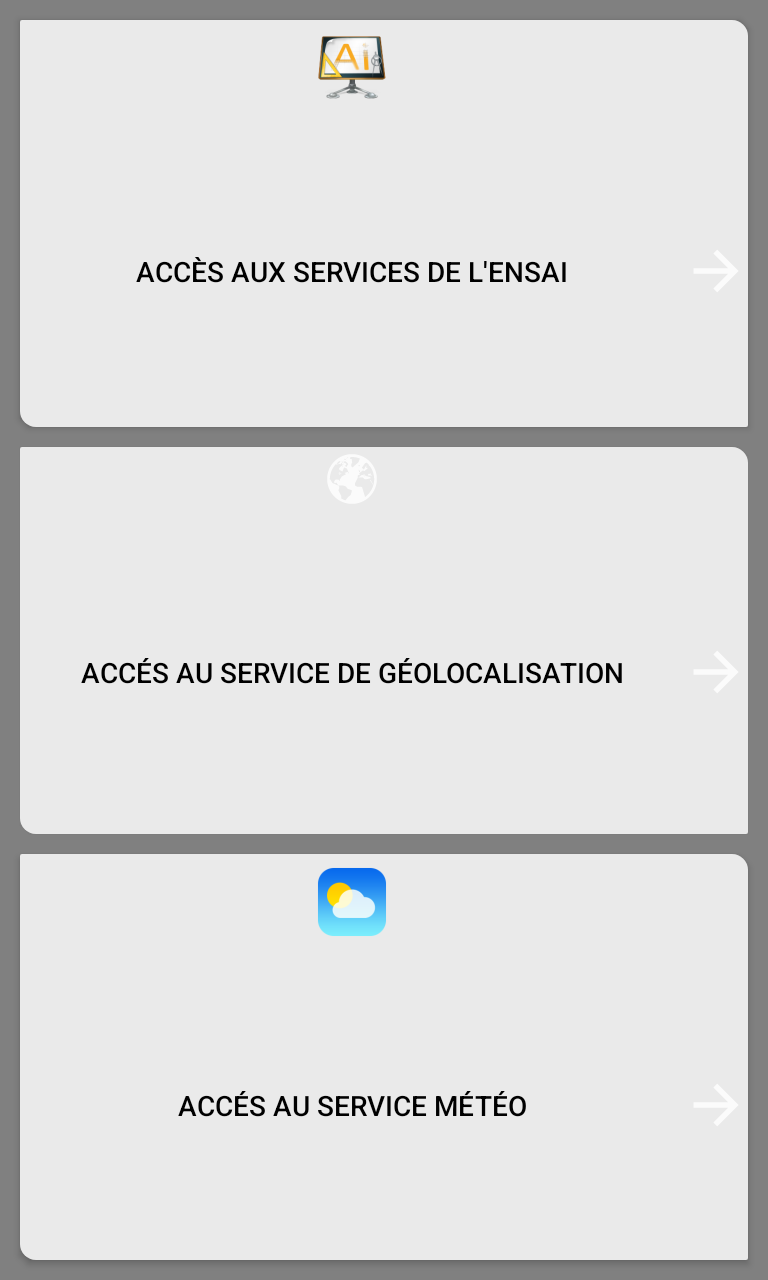
Repository: cpluuuusplus/WhoWantsKitKat
Layout: AppliPlus/res/layout/activity_menu_principal.xml
An editor plug-in stored every save of this project. The layout is shown before and after a run of saves, followed by the edit.
It is drawn on a 768 x 1280 px phone screen (xhdpi) without system bars, with theme Theme.AppCompat.Light; the app's code is not run.

Above is the layout before, as saved 2014-05-12 15:43:04.

After the next 2 saves:
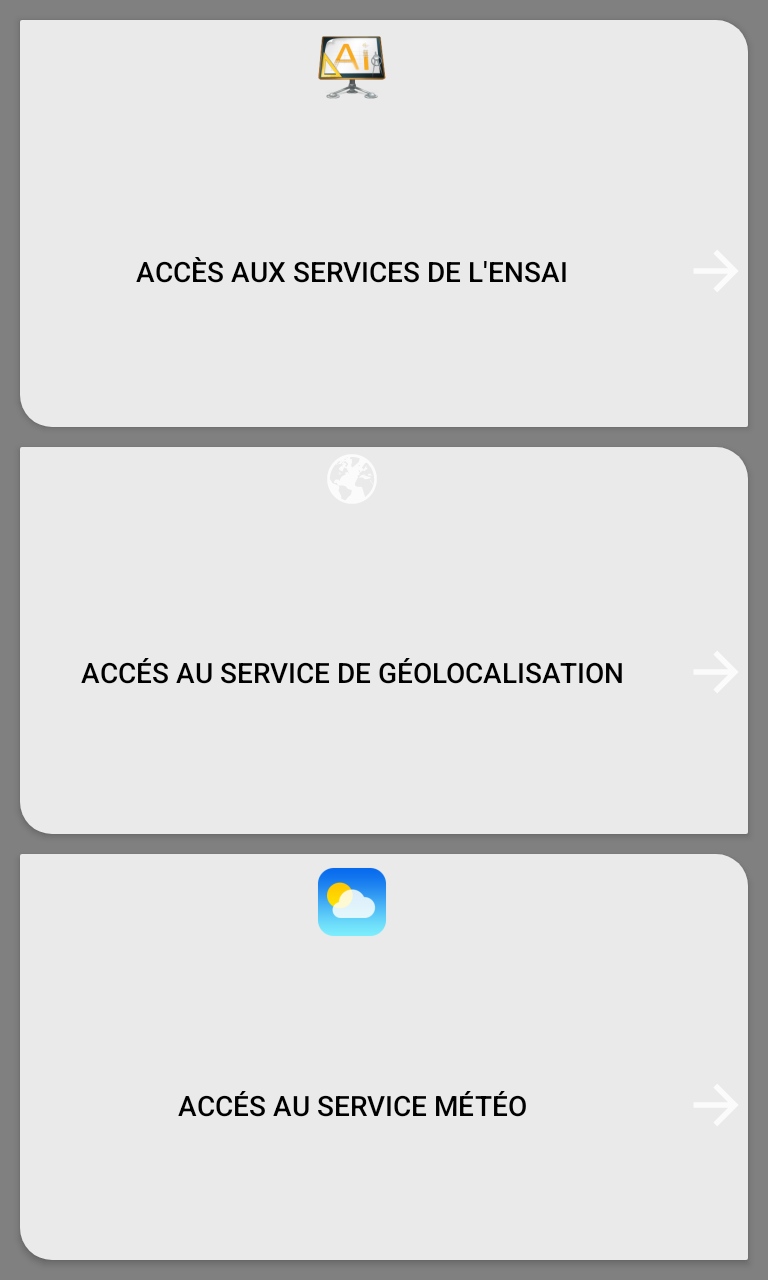
The 2 saves are shown as one change because they came seconds apart.
The last was saved 51 s later.
--- a/AppliPlus/res/drawable-hdpi/button_shape.xml
+++ b/AppliPlus/res/drawable-hdpi/button_shape.xml
@@ -5,9 +5,9 @@
     <solid android:color="#EAEAEA" />
 
     <corners
-        android:bottomLeftRadius="8dip"
+        android:bottomLeftRadius="16dip"
         android:bottomRightRadius="1dip"
         android:topLeftRadius="1dip"
-        android:topRightRadius="8dip" />
+        android:topRightRadius="16dip" />
 
 </shape>
